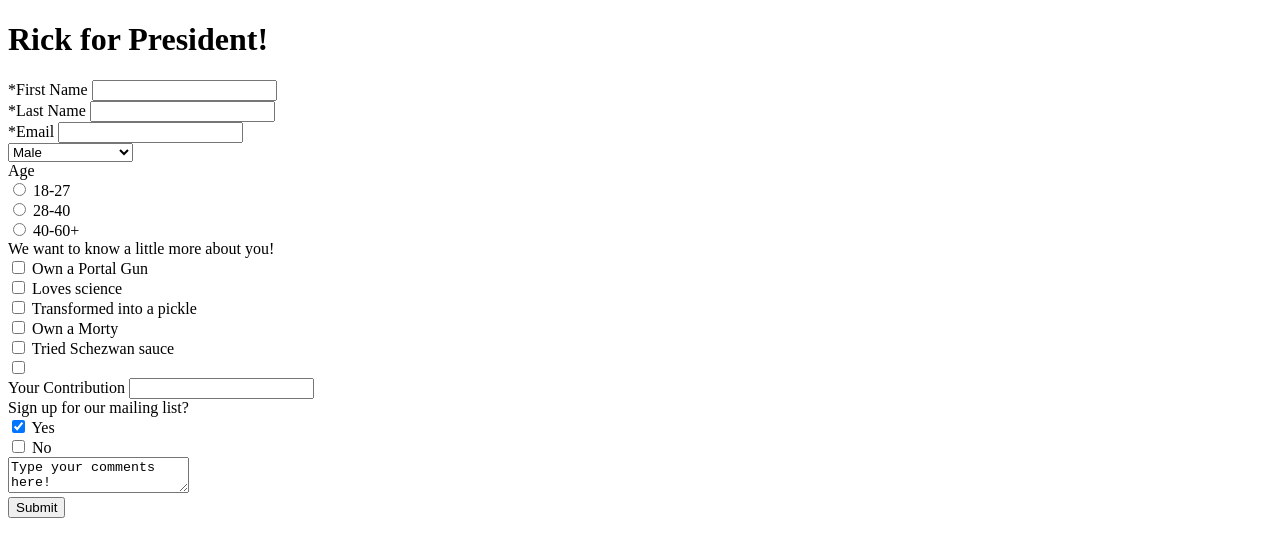
Repository: sunkim96/cosw30
Page: homework/homework2/contact.html
The author's editor kept a record of every edit. The page is drawn from the files as they stood at one moment, then again after the next edit.
The browser window is 1280 px wide. The pictures show the whole page.

Above is the page before.

### homework/homework2/contact.html
<!doctype html>
<html>
    <head>
        <meta charset="utf-8">
        <title>Political Campaign</title>
    </head>
    <body>
        <h1>Rick for President!</h1>


        <form action="process_contact.php" method="POST">
            <!-- first and last name, email !-->
            <label for="first_name">*First Name</label>
            <input type="text" id="first_name" name="first_name" required><br>

            <label for="last_name">*Last Name</label>
            <input type="text" id="last_name" name="last_name" required><br>

            <label for="email">*Email</label>
            <input type="email" id="email" name="email" required><br>


            <!-- gender as a dropdown !-->
            <select name="gender" required>
                <option value ="Male">Male</option>
                <option value ="Female">Female</option>
                <option value ="Other">Other</option>
                <option value ="Prefer Not to Say">Prefer Not to Say</option>
            </select><br>

            <!-- age with radio !-->
            <label for="age" requried>Age</label><br>
                <input type="radio" name="age" value="18-27"> 18-27<br>
                <input type="radio" name="age" value="28-40"> 28-40<br>
                <input type="radio" name="age" value="40-60"> 40-60+<br>

            <!-- interesting things, checkboxes for these options !-->
            <label for="interests">We want to know a little more about you!</label><br>
                <input type="checkbox" name="portalgun" value="portalgun"> Own a Portal Gun<br>
                <input type="checkbox" name="science" value="science"> Loves science <br>
                <input type="checkbox" name="pickles" value="pickles"> Transformed into a pickle<br>
                <input type="checkbox" name="morty" value="morty"> Own a Morty<br>
                <input type="checkbox" name="schezwan" value="schezwan"> Tried Schezwan sauce<br>
                <input type="checkbox" name="" value=""> <br>

                <!-- contribution, default value set to 0 !-->
              <label for="contribution">Your Contribution</label>
              <input type="number" name="cont" min="0"><br>


              <!-- mailing list yes or no !-->
             <label for="yesno">Sign up for our mailing list?</label><br>
              <input type="checkbox" name="yes" value="yes" checked> Yes<br>
              <input type="checkbox" name="no" value="no"> No<br>

            <textarea name="comments" id="comments">Type your comments here!</textarea><br>
            <button>Submit</button>
        </form>



    </body>





</html>

After the next edit:
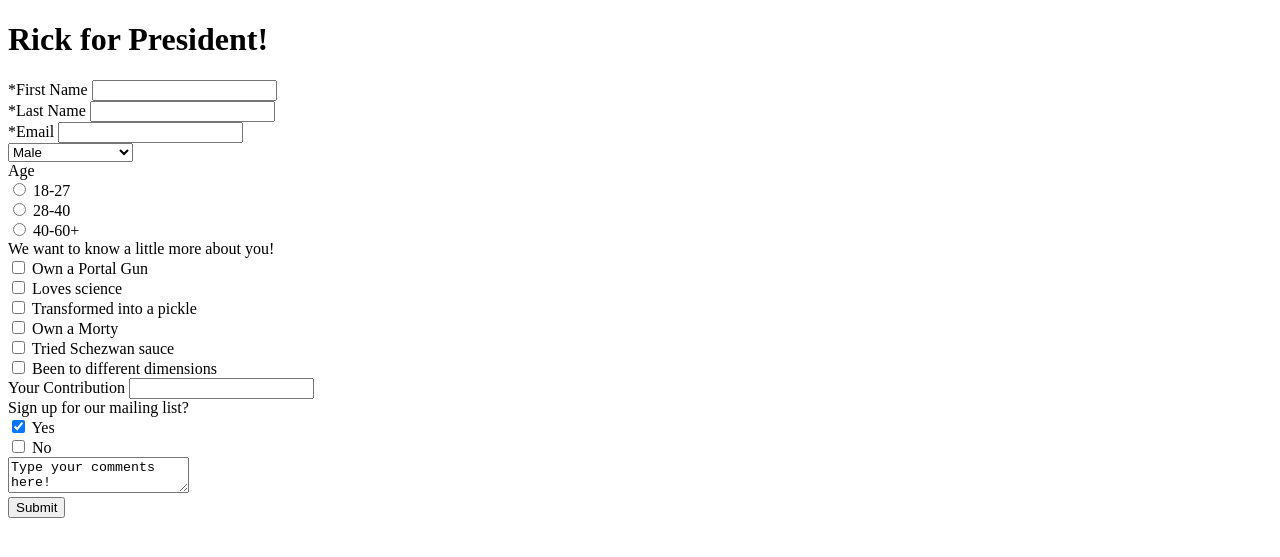
The edit:
--- a/homework/homework2/contact.html
+++ b/homework/homework2/contact.html
@@ -36,12 +36,12 @@
 
             <!-- interesting things, checkboxes for these options !-->
             <label for="interests">We want to know a little more about you!</label><br>
-                <input type="checkbox" name="portalgun" value="portalgun"> Own a Portal Gun<br>
-                <input type="checkbox" name="science" value="science"> Loves science <br>
-                <input type="checkbox" name="pickles" value="pickles"> Transformed into a pickle<br>
-                <input type="checkbox" name="morty" value="morty"> Own a Morty<br>
-                <input type="checkbox" name="schezwan" value="schezwan"> Tried Schezwan sauce<br>
-                <input type="checkbox" name="" value=""> <br>
+                <input type="checkbox" name="interest[]" value="portalgun"> Own a Portal Gun<br>
+                <input type="checkbox" name="interest[]" value="science"> Loves science <br>
+                <input type="checkbox" name="interest[]" value="pickles"> Transformed into a pickle<br>
+                <input type="checkbox" name="interest[]" value="morty"> Own a Morty<br>
+                <input type="checkbox" name="interest[]" value="schezwan"> Tried Schezwan sauce<br>
+                <input type="checkbox" name="interest[]" value="dimensions"> Been to different dimensions <br>
 
                 <!-- contribution, default value set to 0 !-->
               <label for="contribution">Your Contribution</label>
